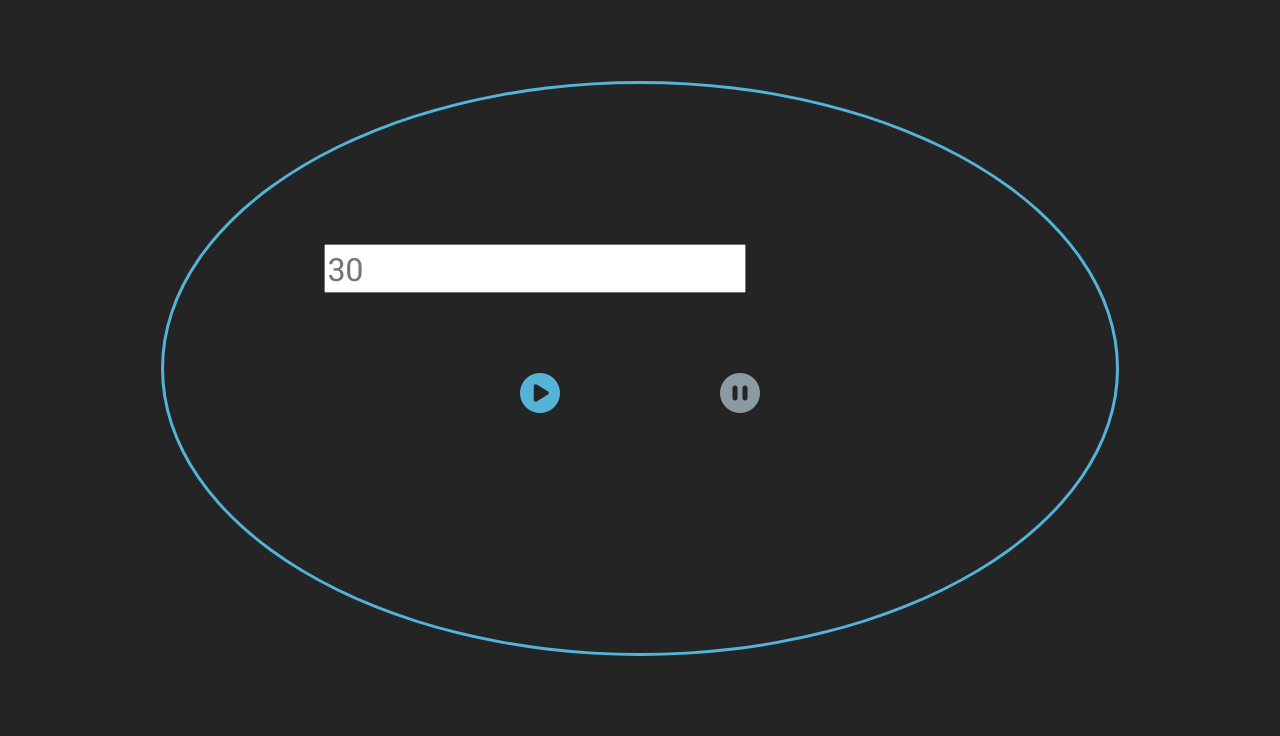
Repository: Sbethm/javascript-challenges
Page: index.html
These files come from the project's save history. The page is drawn as it stood at one moment and after a run of saves; the edit follows.
The browser window is 1280 px wide. The pictures show the whole page.
Some web libraries are served in a nearby version. The style sheet was rebuilt from its Sass, Less or Tailwind sources for each picture, by a compiler version that may differ from the author's.

Above is the page before, as saved 2021-09-17 09:35:31.

### index.html
<!DOCTYPE html>
<html lang="en">
<head>
    <meta charset="UTF-8">
    <meta http-equiv="X-UA-Compatible" content="IE=edge">
    <meta name="viewport" content="width=device-width, initial-scale=1.0">
    <link rel="stylesheet" href="./CSS/main.css">
    <link rel="preconnect" href="https://fonts.googleapis.com">
    <link rel="preconnect" href="https://fonts.gstatic.com" crossorigin>
    <link href="https://fonts.googleapis.com/css2?family=Roboto+Slab&display=swap" rel="stylesheet">
    <script src="https://kit.fontawesome.com/4348baf125.js" crossorigin="anonymous"></script>
    <title>SarahMoosa: JavaScript Challenges</title>
</head>
<body>
    <header></header>
    <main>
        <div class="container">
            <input type="text" placeholder="30">
            <div class="btn-container">
                <i class="fas fa-play-circle"></i>
                <i class="fas fa-pause-circle"></i>
            </div>
        </div>
    </main>
</body>
</html>

### SCSS/main.scss
@import "./variables";

body {
    background-color: rgb(37, 36, 36);
}

main{
    height: 100vh;
    display: flex;
    align-items: center;
    justify-content: center;
}

.container {
    width: 50%;
    padding: 5em;
    margin: 0 auto;
    font-family: 'Roboto Slab', serif;
    font-size: 2rem;
    background-color: rgb(37, 36, 36);
    border: solid 3px rgb(84, 179, 216);
    border-radius: 100%;
}

.btn-container {
    display: flex;
    justify-content: center;
    //align-items: center;
}

input {
    width: fit-content;
    font-family: inherit;
    font-size: 100%;
}

i {
    padding: 2em;
    font-size: clamp(1rem, 75vw, 2.5rem);
}

.fa-pause-circle {
    color: $inactiveColor;
}

.fa-play-circle {
    color: $activeColor;
}

### SCSS/_variables.scss
//COLORS
$activeColor: hsl(197, 63%, 59%);
$inactiveColor: hsl(197, 10%, 59%);

After the next 2 saves:
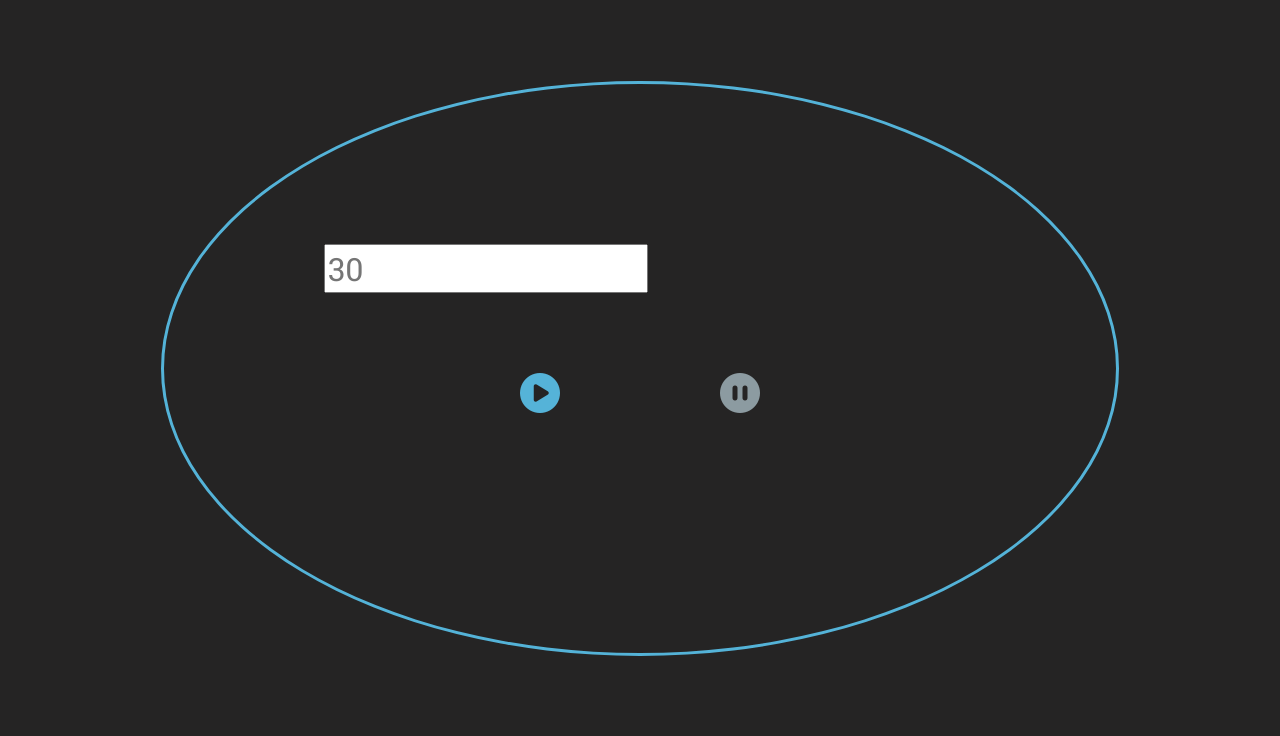
The 2 saves are shown as one change because 1 did not build or start.
The last was saved 56 s later.
--- a/SCSS/main.scss
+++ b/SCSS/main.scss
@@ -29,7 +29,7 @@ main{
 }
 
 input {
-    width: fit-content;
+    width: 50%;
     font-family: inherit;
     font-size: 100%;
 }
